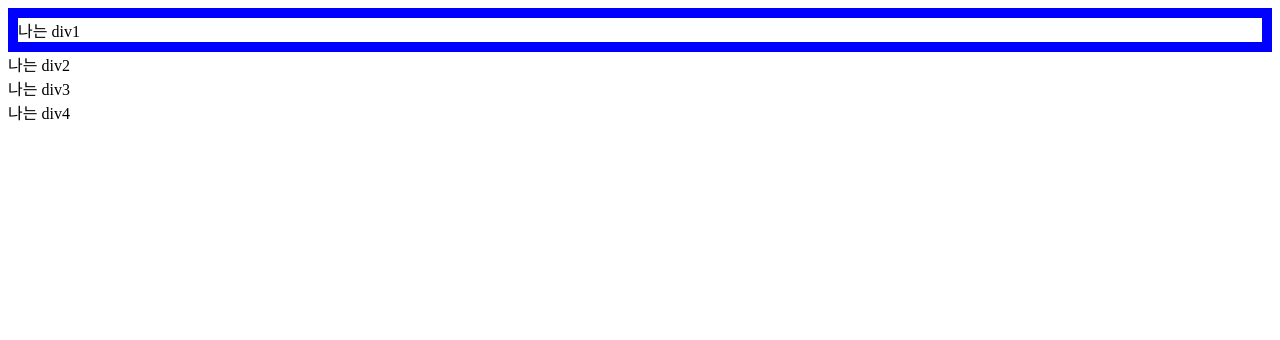
Repository: raccoon304/gugkbi_jsp
Page: HTML5/src/main/webapp/ch01_cssOrder/cssOrder.html
The author's editor kept a copy of each file at every save. The page is drawn from the files as they stood at one save, then again after the next save.
The browser window is 1280 px wide. The pictures show the whole page.

Above is the page before, as saved 2025-11-13 07:13:17.

After the next save:
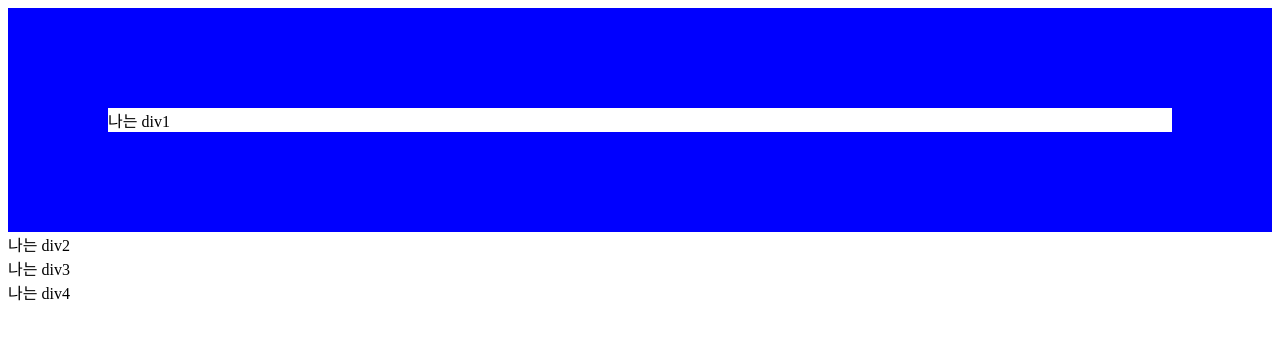
Saved 9 s later.
--- a/HTML5/src/main/webapp/ch01_cssOrder/cssOrder.html
+++ b/HTML5/src/main/webapp/ch01_cssOrder/cssOrder.html
@@ -6,7 +6,7 @@
 </head>
 <body>
 	<!--  HTML 주석문  -->
-	<div style="border: solid 10px blue; ">나는 div1</div>
+	<div style="border: solid 100px blue; ">나는 div1</div>
 	<div>나는 div2</div>
 	<div>나는 div3</div>
 	<div>나는 div4</div>
